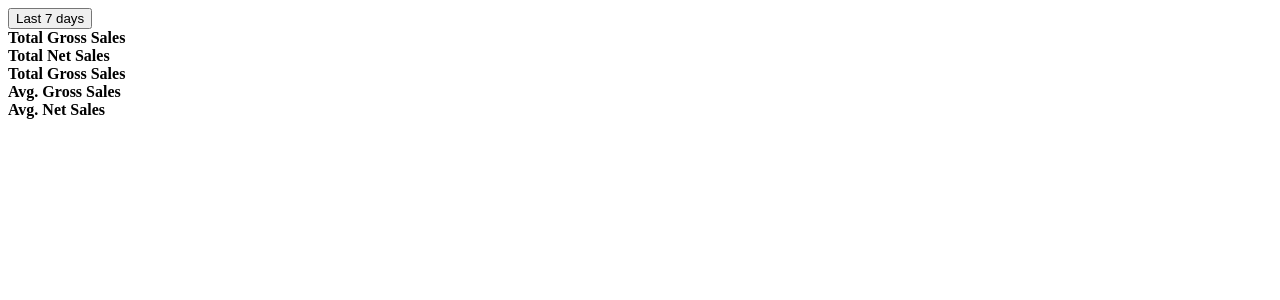
Repository: quockhuongtrann/Ecommerce-Website-With-Spring-Framework
Page: http://localhost/reports/sales_report_by_date
An editor plug-in stored every save of this project. The page is shown before and after the next save, followed by the edit.
The browser window is 1280 px wide. The pictures show the whole page.
The page is this project's Thymeleaf template; nobody is signed in. The template is opened directly, without the code that normally fills it, so the values that code supplies are empty.

Above is the page before, as saved 2023-01-18 09:20:09.

### ShopTqkProject/ShopTqkWebParent/ShopTqkBackend/src/main/resources/templates/reports/sales_report_by_date.html
<!DOCTYPE html>
<html xmlns:th="http://www.thymeleaf.org">
<body>
<div th:fragment="content" th:remove="tag">
	<div>
		<button class="btn btn-primary">Last 7 days</button>
	</div>

	<div id="chart_sales_by_date" class="mt-3">

	</div>

	<div class="row">
		<div class="col-2-sm">
			<div class="card">
				<div class="card-header"><b>Total Gross Sales</b></div>
				<div class="card-body">
					<span class="h3" id="textTotalGrossSales"></span>
				</div>
			</div>
		</div>

		<div class="col-2-sm">
			<div class="card">
				<div class="card-header"><b>Total Net Sales</b></div>
				<div class="card-body">
					<span class="h3" id="textTotalNetSales"></span>
				</div>
			</div>
		</div>

		<div class="col-2-sm">
			<div class="card">
				<div class="card-header"><b>Total Gross Sales</b></div>
				<div class="card-body">
					<span class="h3" id="textTotalGrossSales"></span>
				</div>
			</div>
		</div>

		<div class="col-2-sm">
			<div class="card">
				<div class="card-header"><b>Avg. Gross Sales</b></div>
				<div class="card-body">
					<span class="h3" id="textAvgGrossSales"></span>
				</div>
			</div>
		</div>

		<div class="col-2-sm">
			<div class="card">
				<div class="card-header"><b>Avg. Net Sales</b></div>
				<div class="card-body">
					<span class="h3" id="textAvgNetSales"></span>
				</div>
			</div>
		</div>
	</div>
</div>

</body>
</html>

After the next save:
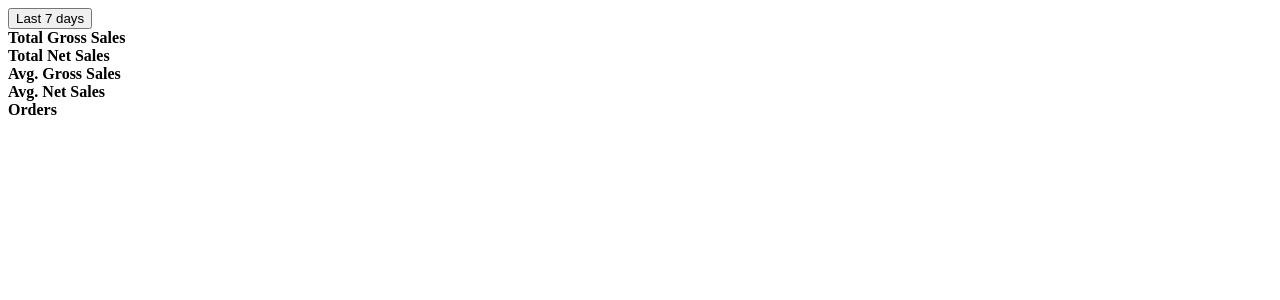
Saved 58 s later.
--- a/ShopTqkProject/ShopTqkWebParent/ShopTqkBackend/src/main/resources/templates/reports/sales_report_by_date.html
+++ b/ShopTqkProject/ShopTqkWebParent/ShopTqkBackend/src/main/resources/templates/reports/sales_report_by_date.html
@@ -31,15 +31,6 @@
 
 		<div class="col-2-sm">
 			<div class="card">
-				<div class="card-header"><b>Total Gross Sales</b></div>
-				<div class="card-body">
-					<span class="h3" id="textTotalGrossSales"></span>
-				</div>
-			</div>
-		</div>
-
-		<div class="col-2-sm">
-			<div class="card">
 				<div class="card-header"><b>Avg. Gross Sales</b></div>
 				<div class="card-body">
 					<span class="h3" id="textAvgGrossSales"></span>
@@ -55,6 +46,15 @@
 				</div>
 			</div>
 		</div>
+
+		<div class="col-2-sm">
+			<div class="card">
+				<div class="card-header"><b>Orders</b></div>
+				<div class="card-body">
+					<span class="h3" id="textTotalOrders"></span>
+				</div>
+			</div>
+		</div>
 	</div>
 </div>
 
